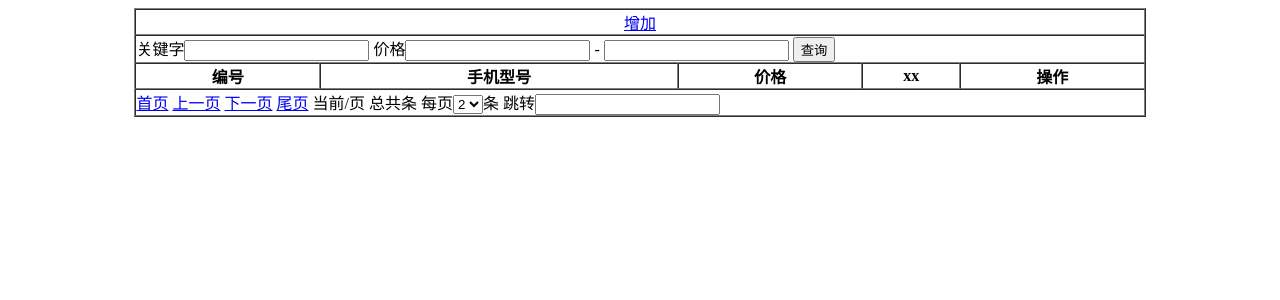
Repository: qyl1006/JavaCode
Page: http://localhost/task05/WEB-INF/views/product/list.jsp
The author's editor kept a copy of each file at every save. The page is drawn from the files as they stood at one save, then again after the next save.
The browser window is 1280 px wide. The pictures show the whole page.
The page is served by Tomcat 9. Nobody is signed in. The template is opened directly, without the code that normally fills it, so the values that code supplies are empty.

Above is the page before, as saved 2018-03-16 13:59:16.

After the next save:
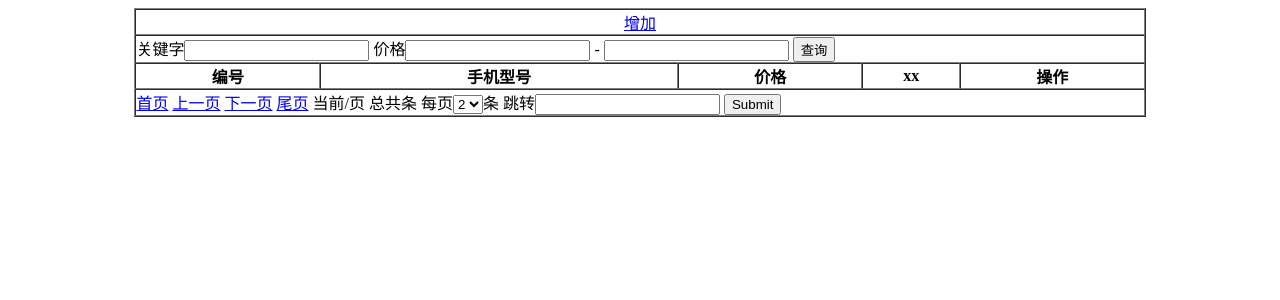
Saved 8 s later.
--- a/workspace/task05/webapp/WEB-INF/views/product/list.jsp
+++ b/workspace/task05/webapp/WEB-INF/views/product/list.jsp
@@ -69,7 +69,7 @@
 					</select>条
 
 				跳转<input type="text" name="currentPage" value="${result.currentPage}"/>
-
+					<input type="submit"/>
 			</td>
 		</tr>
 
